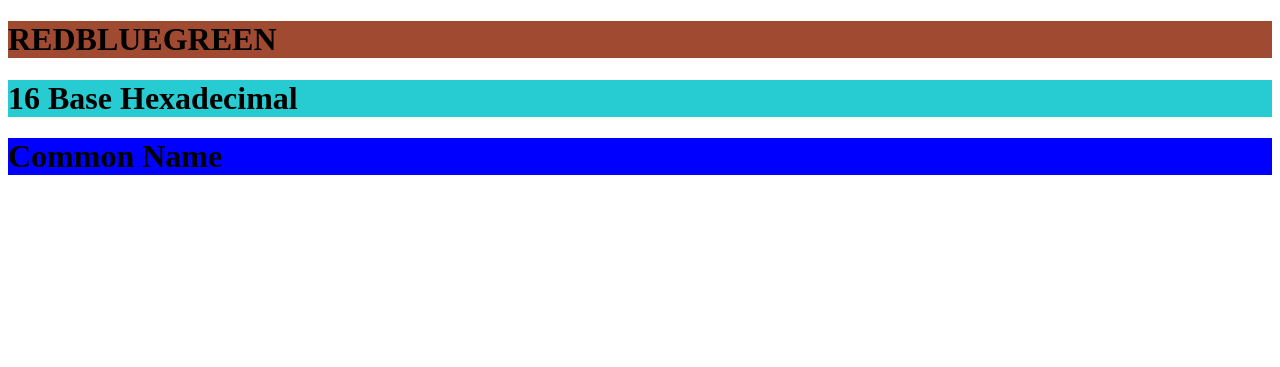
Repository: 3EyEdRav3n/10-2020-cohort-course
Page: week-1/day-4/warm-up.html
These files come from the project's save history. The page is drawn as it stood at one moment and after the next save; the edit follows.
The browser window is 1280 px wide. The pictures show the whole page.

Above is the page before, as saved 2020-10-29 20:20:52.

After the next save:
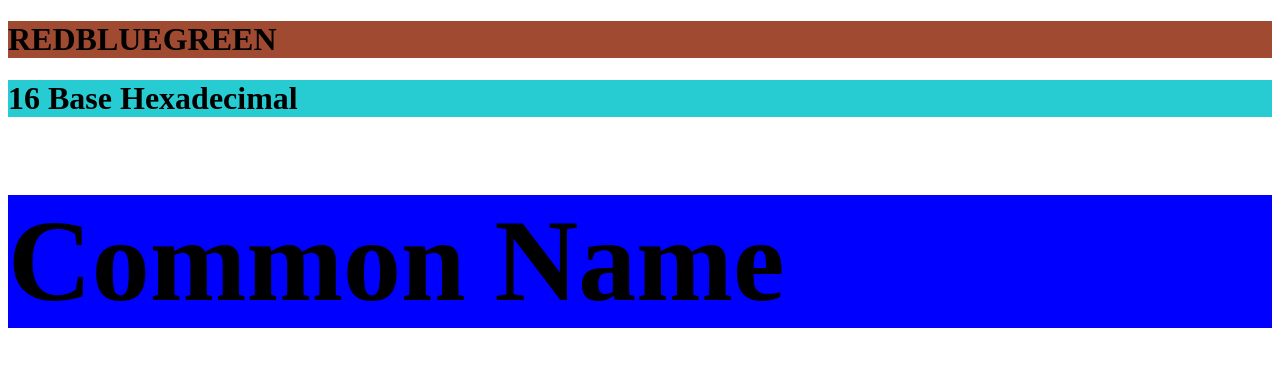
Saved 14 s later.
--- a/week-1/day-4/warm-up.css
+++ b/week-1/day-4/warm-up.css
@@ -12,5 +12,5 @@
 
 .Div3 {
     background-color: blue;
-    font-size 58px;
+    font-size: 58px;
 }
